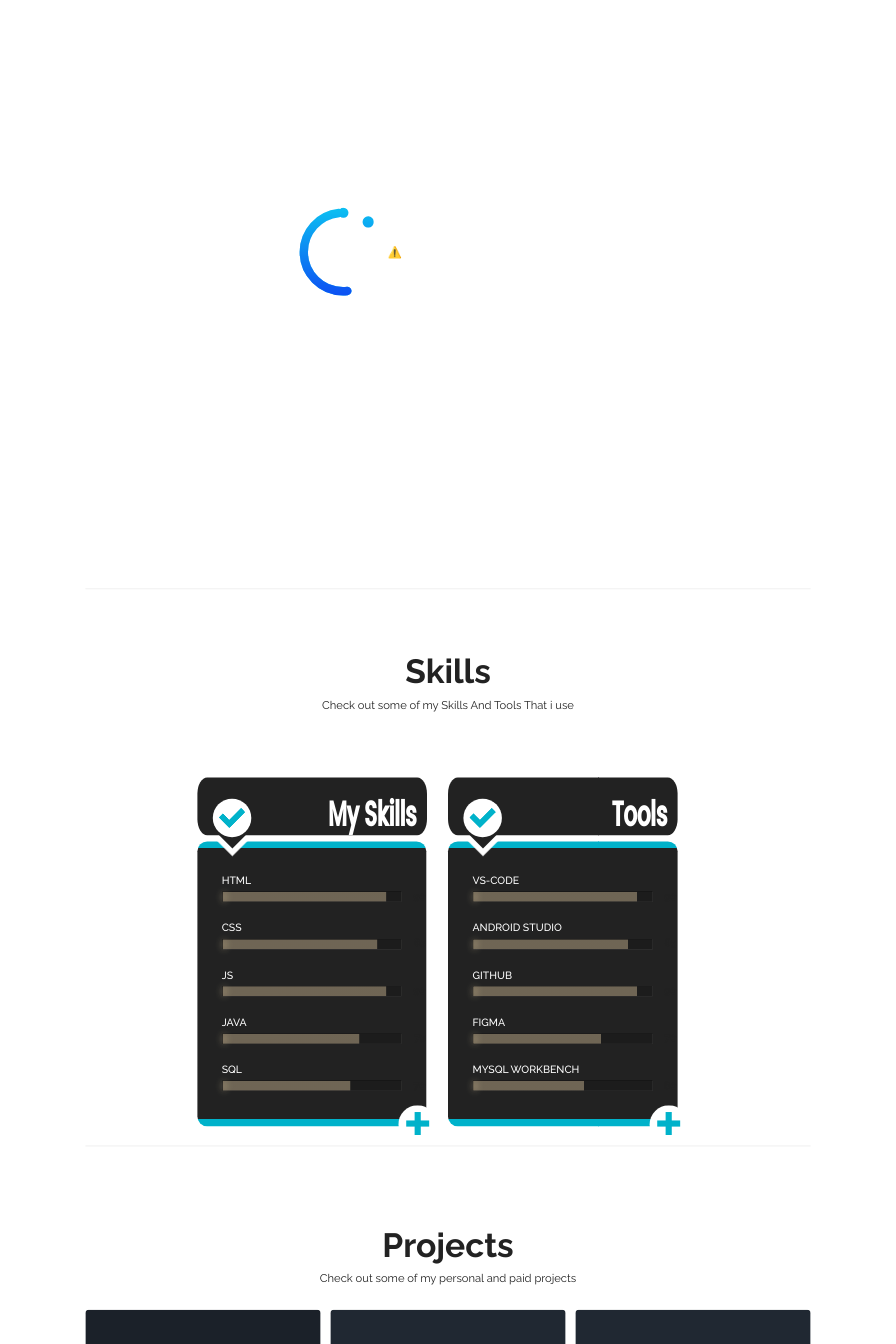
Repository: rahimmenadi/My-Website
Page: index.html
The author's editor kept a copy of each file at every save. The page is drawn from the files as they stood at one save, then again after the next save.
The browser window is 1280 px wide. The pictures show the part of the page from y = 0 to 1920 px (the page is 2803 px tall), at 70% of full size.
The page's requests for data from a server got no answer.

Above is the page before, as saved 2023-06-24 01:52:34.

After the next save:
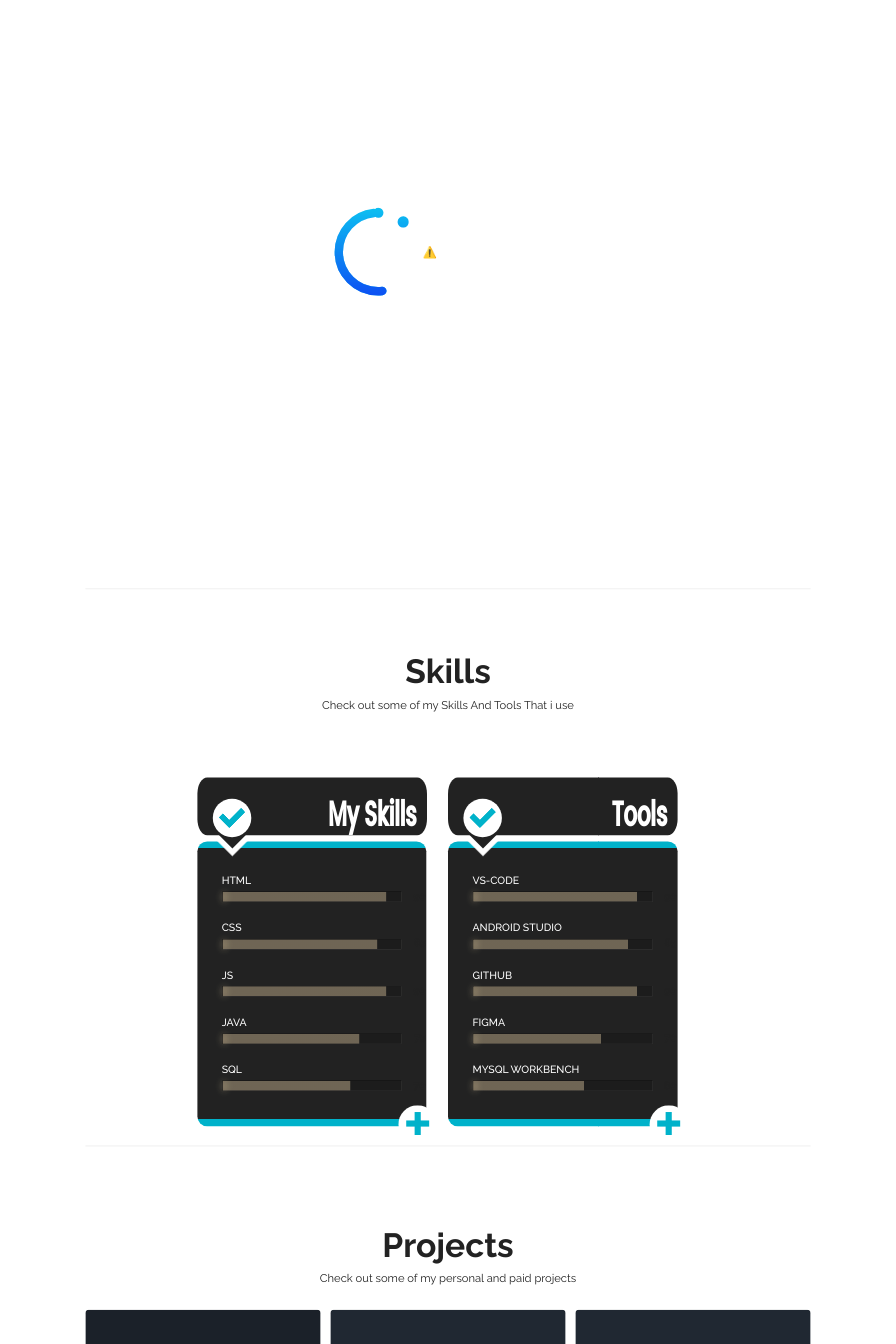
Saved 21 s later.
--- a/index.html
+++ b/index.html
@@ -84,7 +84,7 @@
     </svg>
     <div class="lottie-player">
       <script src="https://unpkg.com/@lottiefiles/lottie-player@latest/dist/lottie-player.js"></script>
-<lottie-player src="https://assets10.lottiefiles.com/packages/lf20_5s1rumi5.json"  background="transparent"  speed="1.80"  style="width: 300px; height: 300px;"  loop  autoplay></lottie-player>
+<lottie-player src="https://assets10.lottiefiles.com/packages/lf20_5s1rumi5.json"  background="transparent"  speed="1.80"  style="width: 200px; height: 300px;"  loop  autoplay></lottie-player>
     </div>
   </div>
     <header id="hero">
